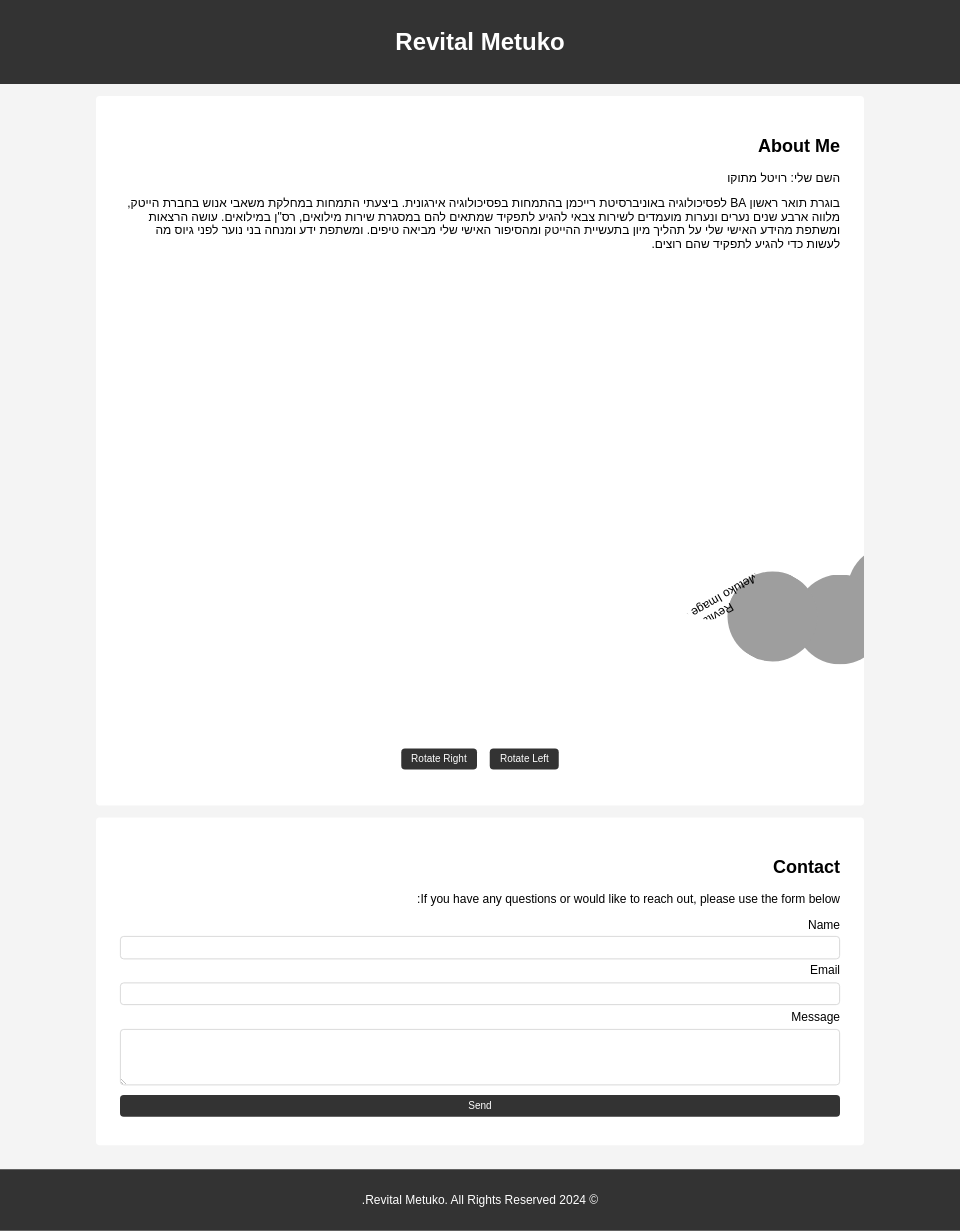
Repository: revitalmetuko/spiral-gallery
Page: RevitalWeb/index.html
An editor plug-in stored every save of this project. The page is shown before and after a run of saves, followed by the edit.
The browser window is 1280 px wide. The pictures show the whole page, at 75% of full size.
Pictures or frames that could not be fetched are drawn as grey boxes.

Above is the page before, as saved 2024-08-03 22:23:03.
Not found: RevitalWeb/IMG_4816.jpeg

### RevitalWeb/index.html
<!DOCTYPE html>
<html lang="en">
<head>
    <meta charset="UTF-8">
    <meta name="viewport" content="width=device-width, initial-scale=1.0">
    <title>Revital Metuko</title>
    <style>
        body {
            font-family: Arial, sans-serif;
            margin: 0;
            padding: 0;
            background-color: #f4f4f4;
            direction: rtl;
            text-align: right;
        }
        .header {
            background-color: #333;
            color: #fff;
            padding: 1em 0;
            text-align: center;
        }
        .container {
            width: 80%;
            margin: auto;
            overflow: hidden;
            padding: 1em 0;
        }
        .about, .contact {
            background: #fff;
            padding: 2em;
            margin-bottom: 1em;
            border-radius: 5px;
        }
        .spiral-container {
            position: relative;
            width: 600px;
            height: 600px;
            margin: 2em auto;
        }
        .spiral-container img {
            position: absolute;
            width: 120px;
            height: 120px;
            border-radius: 50%;
            transform-origin: center;
            transition: transform 0.5s;
            cursor: pointer;
        }
        .footer {
            text-align: center;
            padding: 1em 0;
            background-color: #333;
            color: #fff;
        }
        form {
            display: flex;
            flex-direction: column;
        }
        input, textarea {
            padding: 0.5em;
            margin: 0.5em 0;
            border: 1px solid #ccc;
            border-radius: 5px;
        }
        input[type="submit"] {
            background-color: #333;
            color: #fff;
            border: none;
            cursor: pointer;
        }
        .controls {
            text-align: center;
            margin: 1em 0;
        }
        .controls button {
            padding: 0.5em 1em;
            margin: 0 0.5em;
            background-color: #333;
            color: #fff;
            border: none;
            cursor: pointer;
            border-radius: 5px;
        }
    </style>
</head>
<body>

    <div class="header">
        <h1>Revital Metuko</h1>
    </div>

    <div class="container">
        <div class="about">
            <h2>About Me</h2>
            <p>השם שלי: רויטל מתוקו</p>
            <p>בוגרת תואר ראשון BA לפסיכולוגיה באוניברסיטת רייכמן בהתמחות בפסיכולוגיה אירגונית. ביצעתי התמחות במחלקת משאבי אנוש בחברת הייטק, מלווה ארבע שנים נערים ונערות מועמדים לשירות צבאי להגיע לתפקיד שמתאים להם במסגרת שירות מילואים, רס"ן במילואים. עושה הרצאות ומשתפת מהידע האישי שלי על תהליך מיון בתעשיית ההייטק ומהסיפור האישי שלי מביאה טיפים. ומשתפת ידע ומנחה בני נוער לפני גיוס מה לעשות כדי להגיע לתפקיד שהם רוצים.</p>
            <div class="spiral-container" id="spiral-container">
                <img src="/img/8ca01ed6-859c-43f2-9bc1-78a3dd2121d4.jpeg" alt="Revital Metuko Image 1">
                <img src="/img/IMG_3363.jpeg" alt="Revital Metuko Image 2">
                <img src="/img/IMG_4815.jpeg" alt="Revital Metuko Image 3">
                <img src="/img/IMG_7943.jpeg" alt="Revital Metuko Image 4">
                <img src="/img/Screenshot 2024-08-03 215234.png" alt="Revital Metuko Image 5">
                <img src="IMG_4816.jpeg" alt="Revital Metuko Image 6">
           </div>
            <div class="controls">
                <button id="rotate-left">Rotate Left</button>
                <button id="rotate-right">Rotate Right</button>
            </div>
        </div>

        <div class="contact">
            <h2>Contact</h2>
            <p>If you have any questions or would like to reach out, please use the form below:</p>
            <form action="mailto:revitalmetuko@gmail.com" method="post" enctype="text/plain">
                <label for="name">Name</label>
                <input type="text" id="name" name="name" required>
                <label for="email">Email</label>
                <input type="email" id="email" name="email" required>
                <label for="message">Message</label>
                <textarea id="message" name="message" rows="4" required></textarea>
                <input type="submit" value="Send">
            </form>
        </div>
    </div>

    <div class="footer">
        <p>&copy; 2024 Revital Metuko. All Rights Reserved.</p>
    </div>

    <script>
        const images = document.querySelectorAll('.spiral-container img');
        const centerX = 300;
        const centerY = 300;
        const radiusStep = 20;
        let currentRadius = 100;
        const angleStep = 30;
        let currentAngle = 0;

        function updateSpiral() {
            images.forEach((img, index) => {
                const angle = index * angleStep + currentAngle;
                const radians = angle * (Math.PI / 180);
                const x = centerX + currentRadius * Math.cos(radians) - 60;  // Adjusted for larger image size
                const y = centerY + currentRadius * Math.sin(radians) - 60;  // Adjusted for larger image size
                img.style.transform = `translate(${x}px, ${y}px) rotate(${angle}deg)`;
                currentRadius += radiusStep;
            });
            currentRadius = 100;  // Reset radius for next update
        }

        document.getElementById('rotate-left').addEventListener('click', () => {
            currentAngle -= angleStep;
            updateSpiral();
        });

        document.getElementById('rotate-right').addEventListener('click', () => {
            currentAngle += angleStep;
            updateSpiral();
        });

        // Make images draggable
        images.forEach(img => {
            img.draggable = true;

            img.addEventListener('dragstart', (e) => {
                e.dataTransfer.setData('text/plain', null);
                img.style.opacity = '0.5';
            });

            img.addEventListener('dragend', () => {
                img.style.opacity = '1';
            });

            img.addEventListener('dragover', (e) => {
                e.preventDefault();
                const x = e.clientX - img.parentNode.offsetLeft - 60;
                const y = e.clientY - img.parentNode.offsetTop - 60;
                img.style.transform = `translate(${x}px, ${y}px)`;
            });
        });

        // Initial spiral setup
        updateSpiral();
    </script>

</body>
</html>

After the next 2 saves:
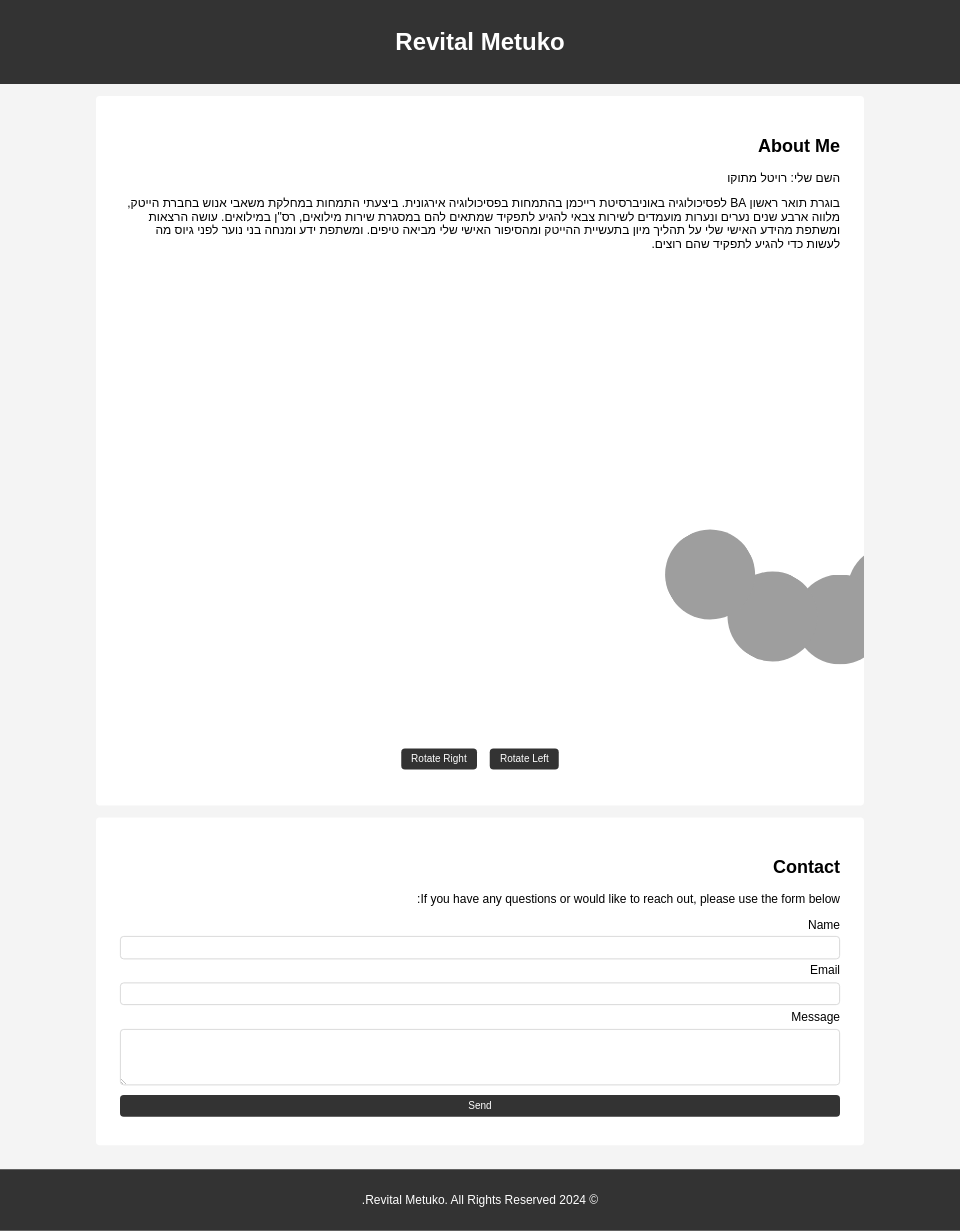
The 2 saves are shown as one change because they came seconds apart.
The last was saved 9 s later.
--- a/RevitalWeb/index.html
+++ b/RevitalWeb/index.html
@@ -100,7 +100,7 @@
                 <img src="/img/IMG_4815.jpeg" alt="Revital Metuko Image 3">
                 <img src="/img/IMG_7943.jpeg" alt="Revital Metuko Image 4">
                 <img src="/img/Screenshot 2024-08-03 215234.png" alt="Revital Metuko Image 5">
-                <img src="IMG_4816.jpeg" alt="Revital Metuko Image 6">
+                <img src="img/" alt="Revital Metuko Image 6">
            </div>
             <div class="controls">
                 <button id="rotate-left">Rotate Left</button>
